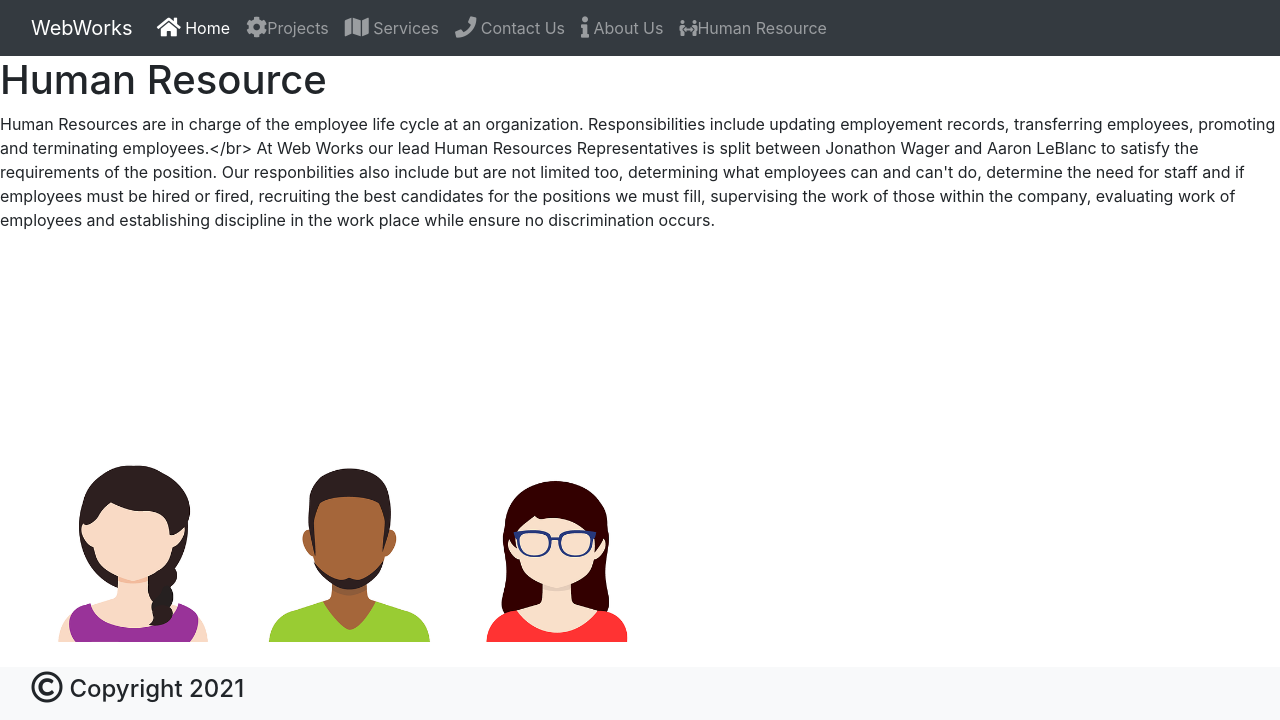
Repository: JonathonWager/Webd6202Lab1
Page: human_resource.html
An editor plug-in stored every save of this project. The page is shown before and after the next save, followed by the edit.
The browser window is 1280 px wide. The pictures show the whole page.

Above is the page before, as saved 2021-02-05 20:30:45.
Not found: Content/app.css

After the next save:
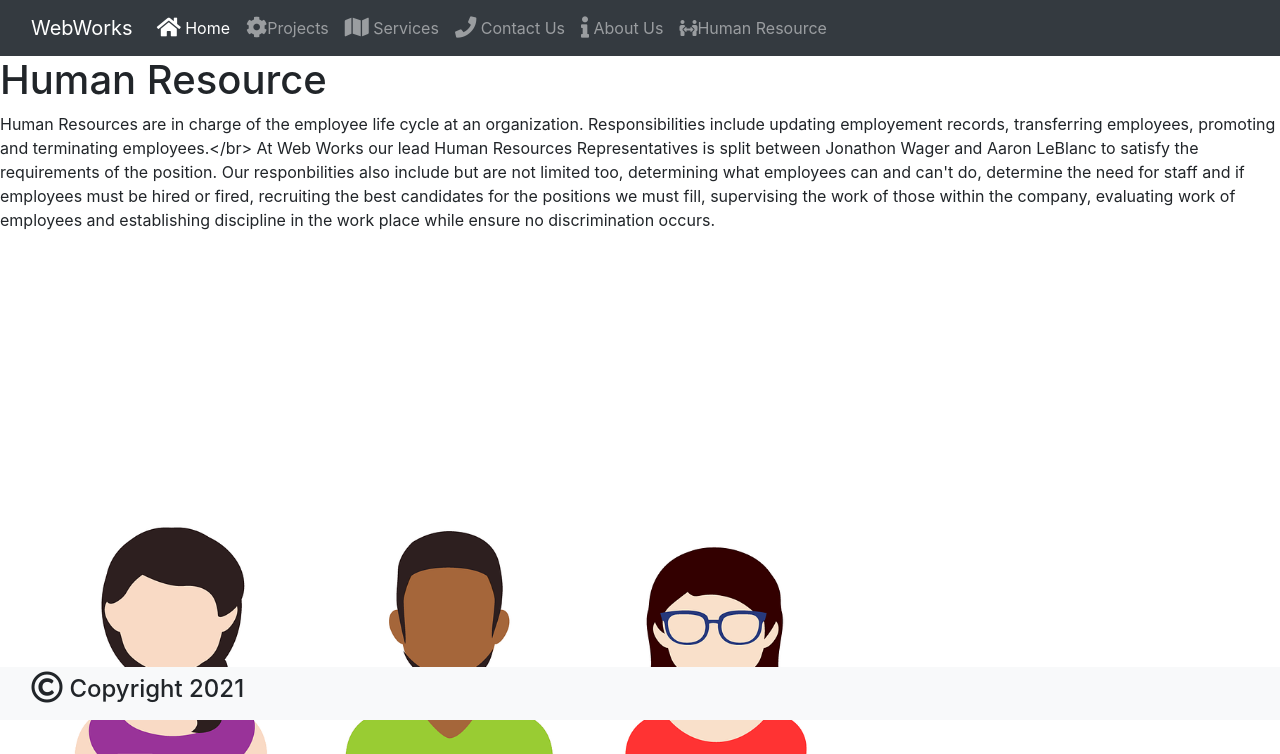
Saved 14 s later.
--- a/human_resource.html
+++ b/human_resource.html
@@ -49,7 +49,7 @@
     <main>
     <h1>Human Resource</h1>
       <div id="HRcontent"> </div>
-      <img src="/Pictures/Human Resources Page/HRPicture.png" width = 700x; alt="Deck of Cards">
+      <img src="/Pictures/Human Resources Page/HRPicture.png" width = 900x; alt="Deck of Cards">
   </main>
 
     <!-- Main Footer -->
